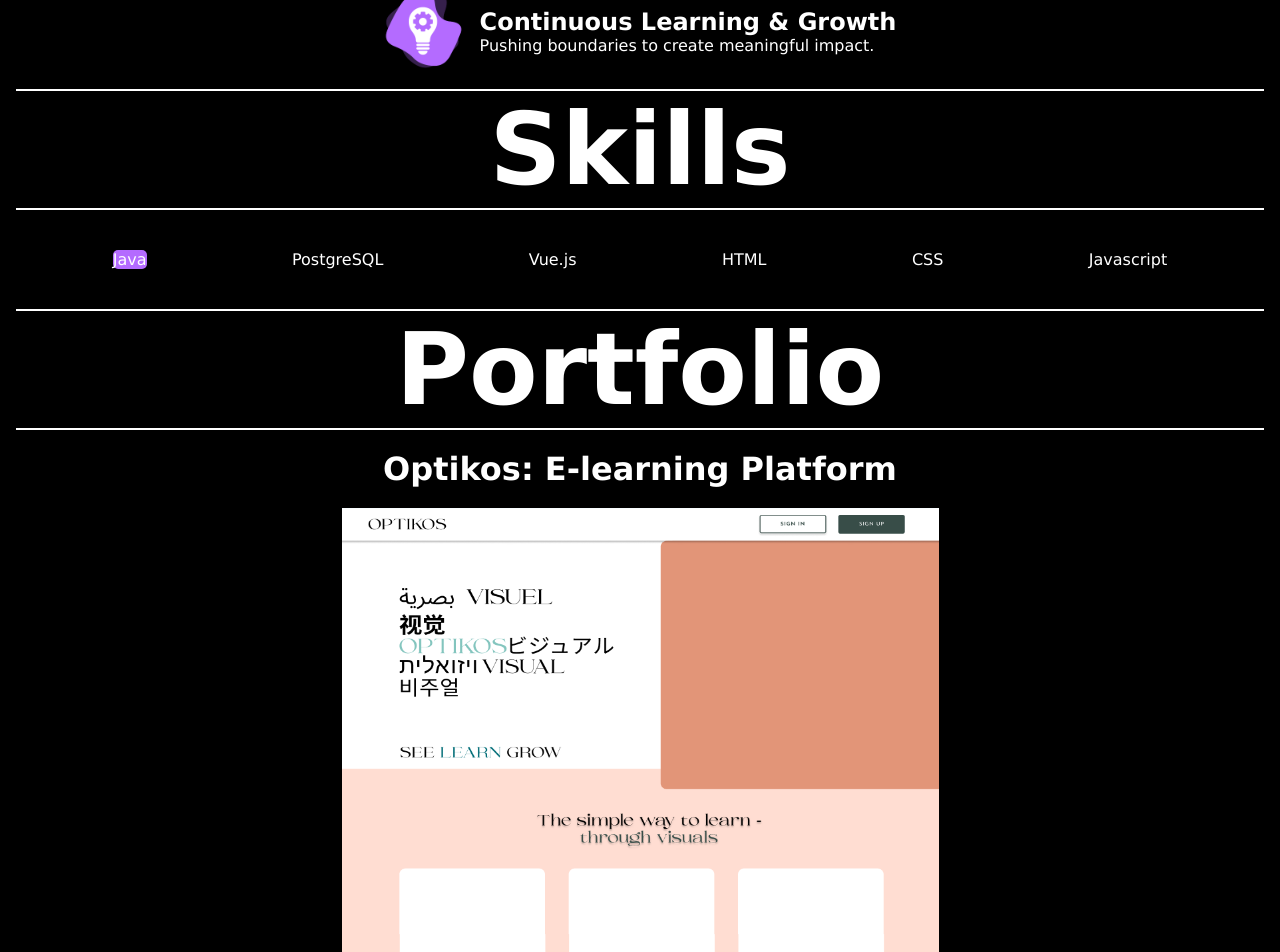
Repository: woodsdeshe/portfolio
Page: index.html
These files come from the project's save history. The page is drawn as it stood at one moment and after the next save; the edit follows.
The browser window is 1280 px wide. The pictures show the part of the page from y = 1401 to 2353 px (the page is 2531 px tall before and 2571 px after).
The pointer rests on the first visible `.skills-content > p`.
A picture or video elsewhere on the page could not be fetched, so the positions and the page height are approximate. Some web fonts or font styles are not loaded; a fallback is used.

Above is the page before, as saved 2023-06-11 15:57:09.

After the next save:
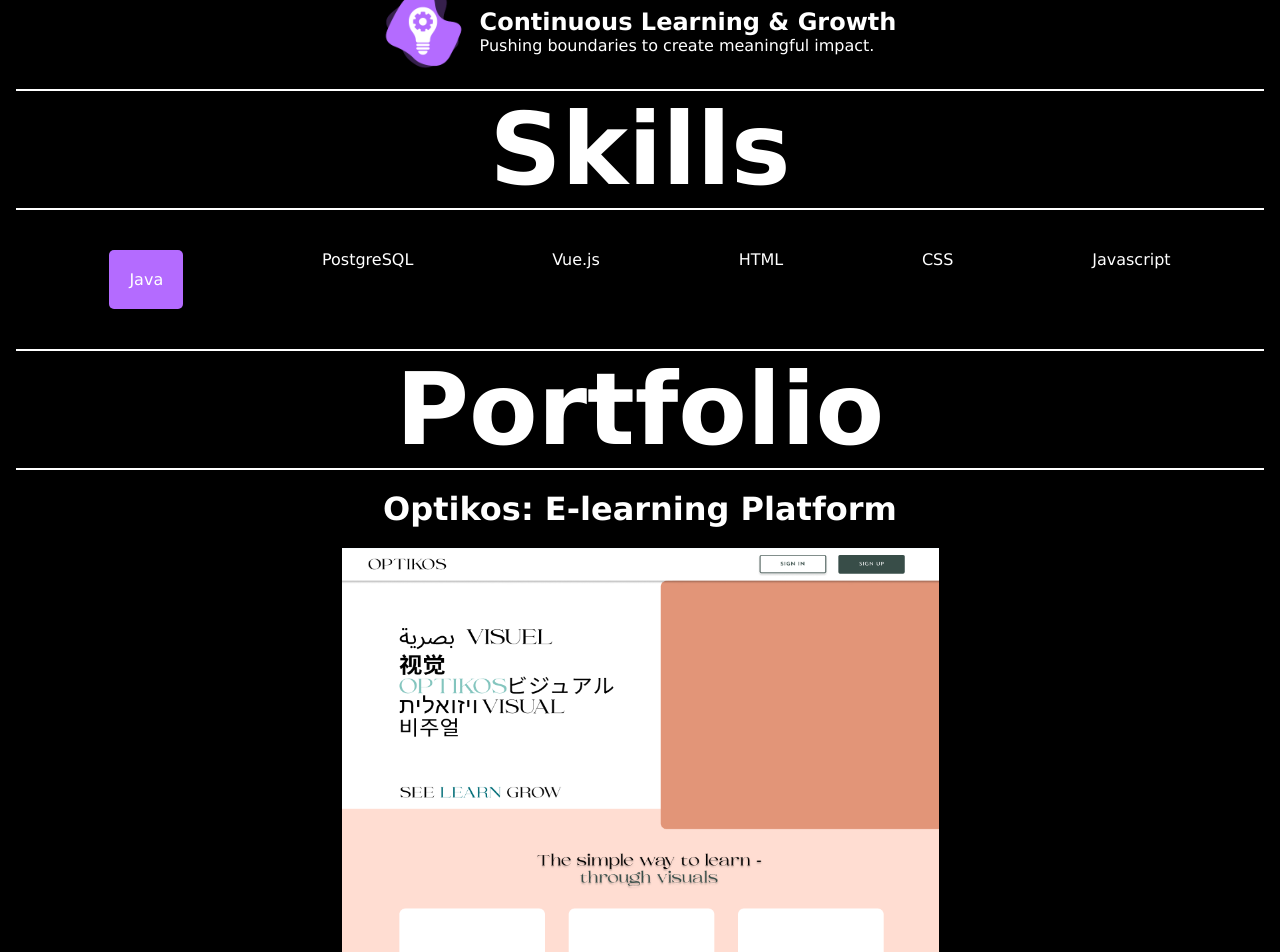
Saved 5 s later.
--- a/style.css
+++ b/style.css
@@ -133,7 +133,7 @@ body:not(.container) {
     background-color: #b46bff;
     border-radius: 5px;
     cursor: pointer;
-    padding: auto;
+    padding: 20px;
 }
 
 
